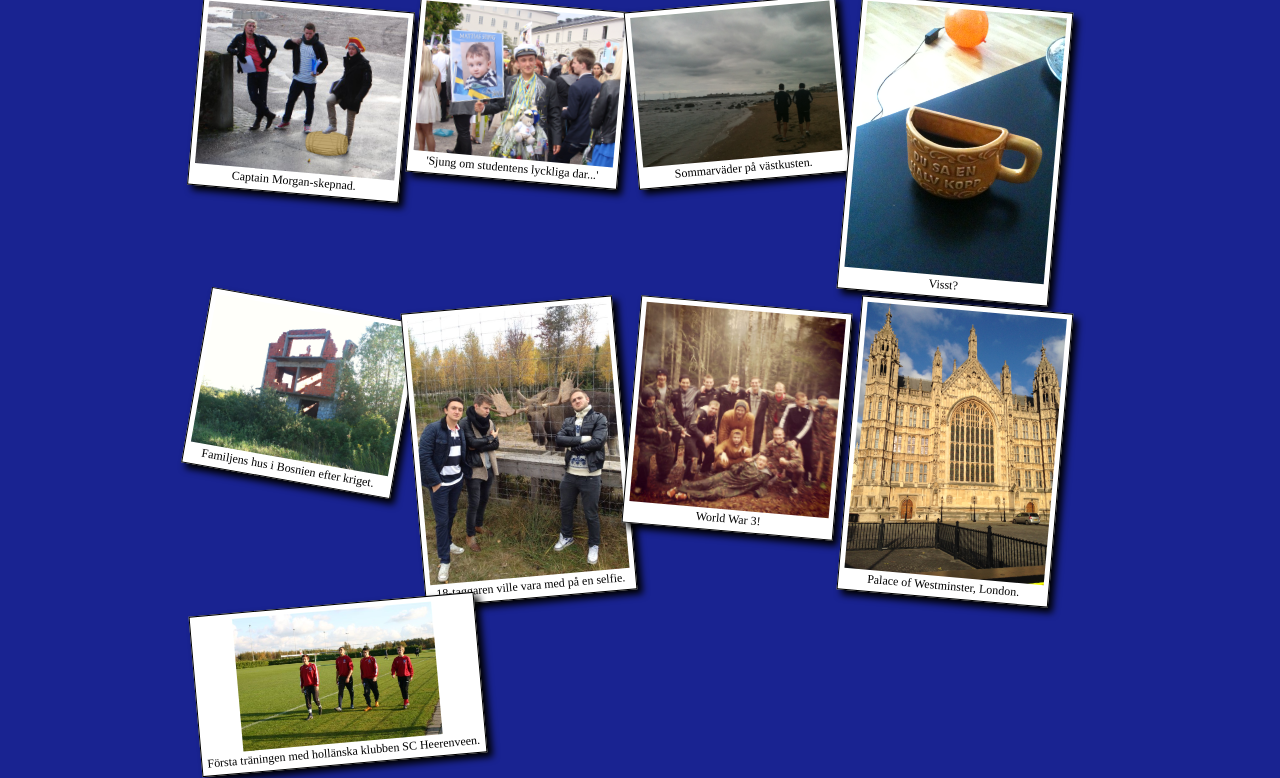
Repository: mp222sf/1ik415-laborationer
Page: gallery/index.html
The author's editor kept a record of every edit. The page is drawn from the files as they stood at one moment, then again after the next edit.
The browser window is 1280 px wide. The pictures show the whole page.
Some web fonts or font styles are not loaded; a fallback is used.

Above is the page before.

After the next edit:
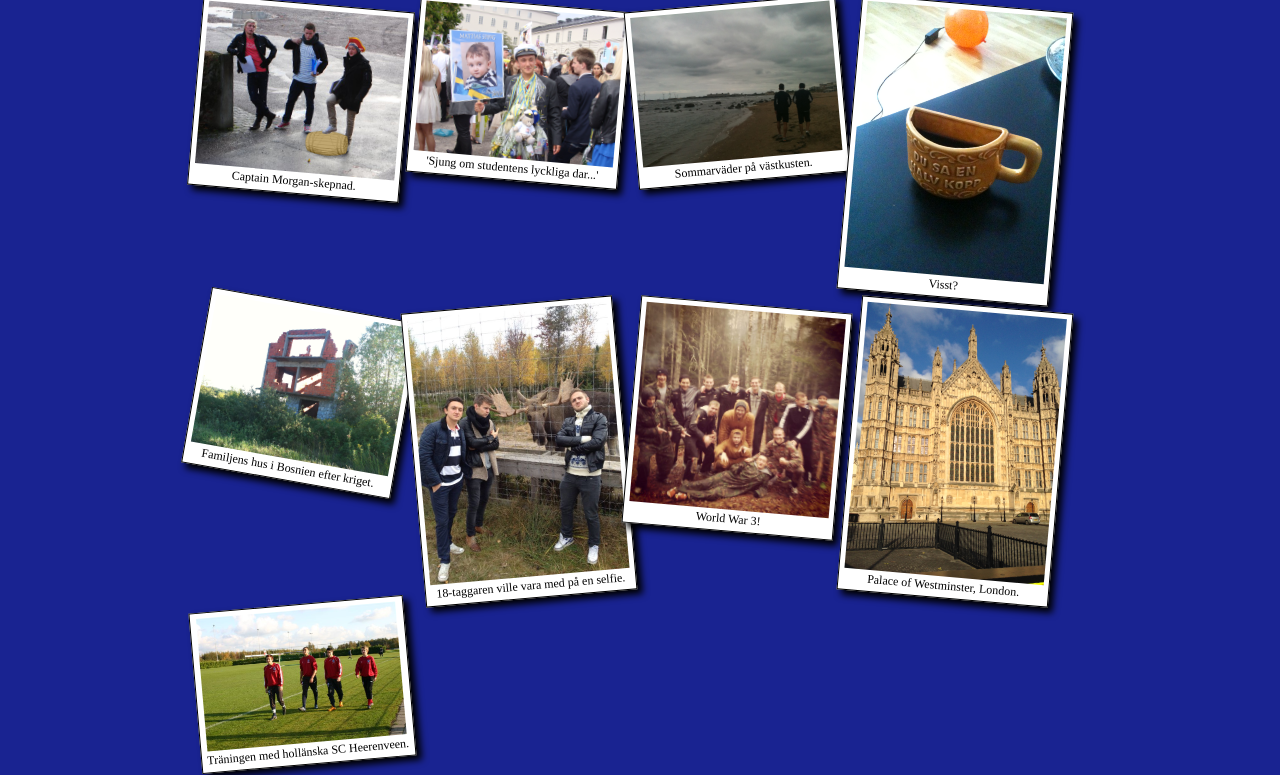
The edit:
--- a/gallery/index.html
+++ b/gallery/index.html
@@ -19,7 +19,7 @@
                 <a href="pics/IMG_2771.JPG" title="18-taggaren ville vara med på en selfie."><img class="rotation" src="pics/IMG_2771.JPG" alt="Jag, två vänner och en älg på en älgpark." /></a>
                 <a href="pics/IMG_2862.JPG" title="World War 3!"><img class="rotation" src="pics/IMG_2862.JPG" alt="Gruppfoto på lagkamrater i paintballkläder." /></a>
                 <a href="pics/IMG_2952.JPG" title="Palace of Westminster, London."><img class="rotation" src="pics/IMG_2952.JPG" alt="Palace of Westminster-byggnaden i London." /></a>
-                <a href="pics/IMG_9748.JPG" title="Första träningen med hollänska klubben SC Heerenveen."><img class="rotation" src="pics/IMG_9748.JPG" alt="Jag och tre vänner på en fotbollsplan under ett provspel med SC Heerenveen." /></a>
+                <a href="pics/IMG_9748.JPG" title="Träningen med hollänska SC Heerenveen."><img class="rotation" src="pics/IMG_9748.JPG" alt="Jag och tre vänner på en fotbollsplan under ett provspel med SC Heerenveen." /></a>
             </div>
         </div>
     </body>
